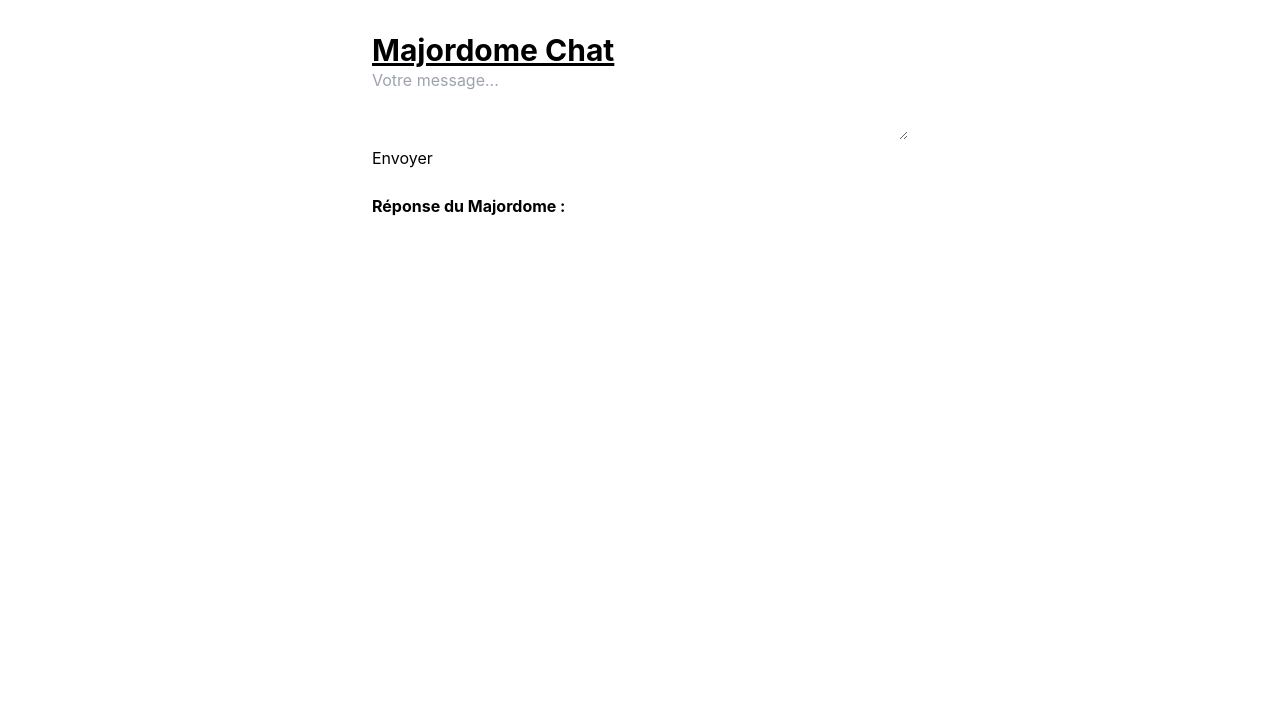
Repository: LeLoustique/majordome-front
Page: /
These files come from the project's save history. The page is drawn as it stood at one moment and after the next save; the edit follows.
The browser window is 1280 px wide. The pictures show the whole page.
The project was rebuilt for these pictures with package versions that can differ from the ones it lists, and the page was loaded fresh each time.

Above is the page before, as saved 2025-06-13 14:13:33.

After the next save:
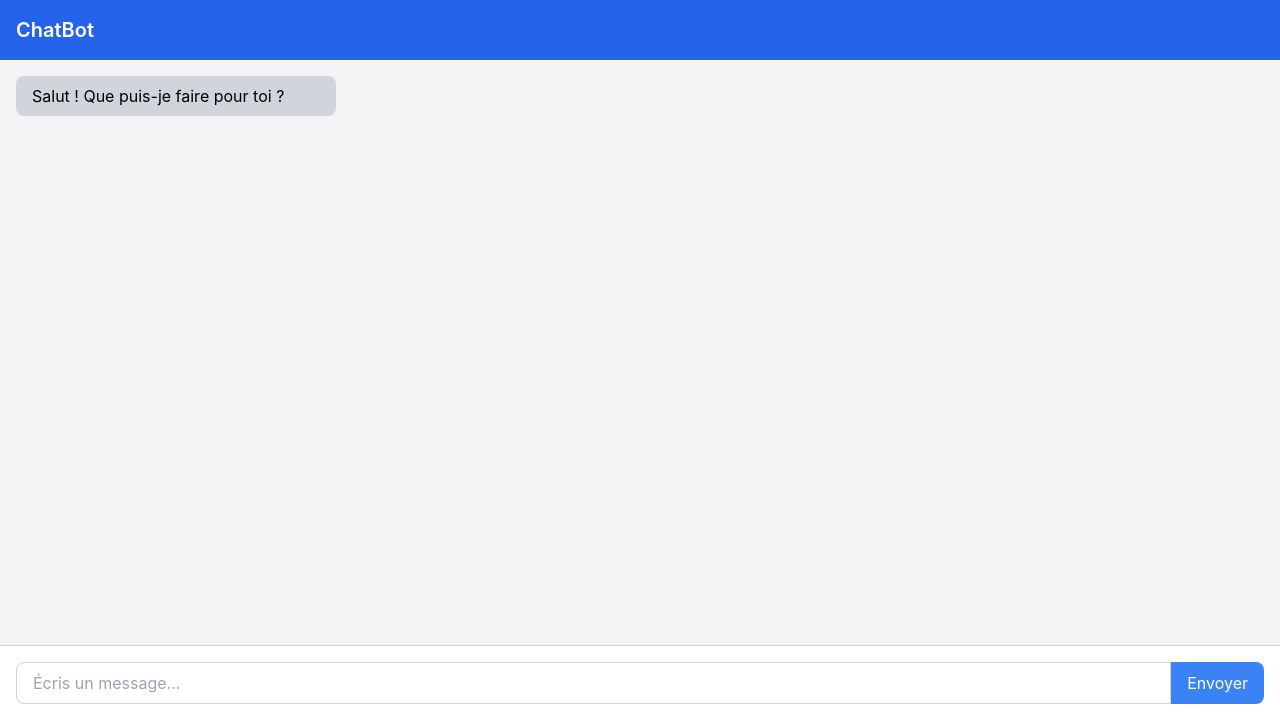
Saved 3 min 30 s later.
--- a/src/App.js
+++ b/src/App.js
@@ -1,42 +1,73 @@
-import React, { useState } from "react";
-import { sendMessageToChatController } from "./api";
+import React, { useState } from 'react';
 
-function App() {
-  const [message, setMessage] = useState("");
-  const [response, setResponse] = useState("");
-  const [loading, setLoading] = useState(false);
+export default function ChatPage() {
+  const [messages, setMessages] = useState([
+    { from: 'bot', text: 'Salut ! Que puis-je faire pour toi ?' },
+  ]);
+  const [input, setInput] = useState('');
 
-  const handleSend = async () => {
-    setLoading(true);
-    try {
-      const data = await sendMessageToChatController(message);
-      setResponse(data);
-    } catch (error) {
-      setResponse("Erreur : " + error.message);
-    }
-    setLoading(false);
+  const sendMessage = () => {
+    if (!input.trim()) return;
+
+    // Ajoute ton message
+    setMessages([...messages, { from: 'user', text: input }]);
+
+    // Simule une réponse du bot
+    setTimeout(() => {
+      setMessages(prev => [
+        ...prev,
+        { from: 'user', text: input },
+        { from: 'bot', text: `Tu as dit : "${input}"` },
+      ]);
+    }, 500);
+
+    setInput('');
+  };
+
+  const handleKeyPress = (e) => {
+    if (e.key === 'Enter') sendMessage();
   };
 
   return (
-    <div style={{ maxWidth: 600, margin: "auto", padding: 32 }}>
-      <h1 className="text-3xl font-bold underline" >Majordome Chat</h1>
-      <textarea
-        rows={3}
-        style={{ width: "100%" }}
-        placeholder="Votre message..."
-        value={message}
-        onChange={e => setMessage(e.target.value)}
-      />
-      <br />
-      <button onClick={handleSend} disabled={loading || !message}>
-        Envoyer
-      </button>
-      <div style={{ marginTop: 24 }}>
-        <strong>Réponse du Majordome :</strong>
-        <div style={{ whiteSpace: "pre-wrap", marginTop: 8 }}>{response}</div>
+    <div className="flex flex-col h-screen bg-gray-100">
+      {/* Header */}
+      <header className="bg-blue-600 text-white p-4 text-xl font-semibold">
+        ChatBot
+      </header>
+
+      {/* Messages */}
+      <div className="flex-1 overflow-y-auto p-4 space-y-2">
+        {messages.map((msg, idx) => (
+          <div
+            key={idx}
+            className={`max-w-xs px-4 py-2 rounded-lg ${
+              msg.from === 'user'
+                ? 'ml-auto bg-blue-500 text-white'
+                : 'mr-auto bg-gray-300 text-black'
+            }`}
+          >
+            {msg.text}
+          </div>
+        ))}
+      </div>
+
+      {/* Input */}
+      <div className="p-4 bg-white flex border-t border-gray-300">
+        <input
+          type="text"
+          value={input}
+          onChange={(e) => setInput(e.target.value)}
+          onKeyDown={handleKeyPress}
+          placeholder="Écris un message..."
+          className="flex-1 border border-gray-300 rounded-l-lg px-4 py-2 focus:outline-none focus:ring-2 focus:ring-blue-500"
+        />
+        <button
+          onClick={sendMessage}
+          className="bg-blue-500 text-white px-4 py-2 rounded-r-lg hover:bg-blue-600"
+        >
+          Envoyer
+        </button>
       </div>
     </div>
   );
 }
-
-export default App;
